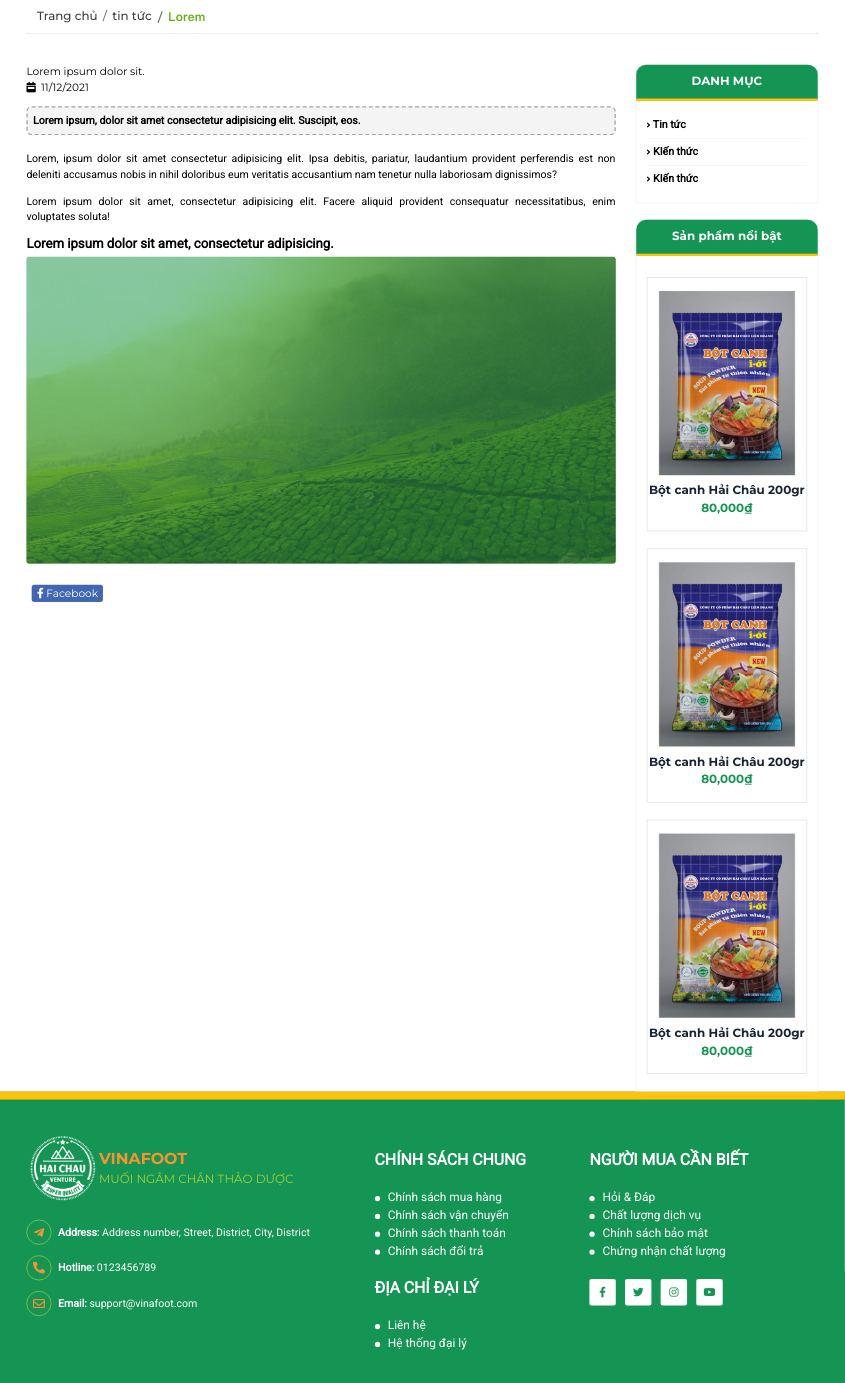
Repository: haianh12082001/VINAFOOT
Page: news-detail.html
The author's editor kept a copy of each file at every save. The page is drawn from the files as they stood at one save, then again after the next save.
The browser window is 1280 px wide. The pictures show the whole page, at 66% of full size.
Some web libraries are served in a nearby version.

Above is the page before, as saved 2021-12-12 20:18:42.

### news-detail.html
<!DOCTYPE html>
<html lang="en">
    <head>
        <meta charset="UTF-8" />
        <meta http-equiv="X-UA-Compatible" content="IE=edge" />
        <meta name="viewport" content="width=device-width, initial-scale=1.0" />
        <link href="https://fonts.googleapis.com/css2?family=Montserrat:wght@300;400;500;700;900&display=swap" rel="stylesheet" />
        <link href="https://fonts.googleapis.com/css?family=Roboto" rel="stylesheet" />
        <link href="https://fonts.googleapis.com/css2?family=Be+Vietnam+Pro:wght@500&display=swap" rel="stylesheet" />
        <link rel="stylesheet" href="./assets/fonts/fontawesome-free-5.15.3/css/all.min.css" />
        <link
            rel="stylesheet"
            href="https://cdn.jsdelivr.net/npm/bootstrap@4.6.0/dist/css/bootstrap.min.css"
            integrity="sha384-B0vP5xmATw1+K9KRQjQERJvTumQW0nPEzvF6L/Z6nronJ3oUOFUFpCjEUQouq2+l"
            crossorigin="anonymous"
        />
        <link rel="stylesheet" type="text/css" href="https://cdn.jsdelivr.net/npm/slick-carousel@1.8.1/slick/slick.css" />
        <link rel="stylesheet" href="./assets/css/app.css" />
        <title>Document</title>
    </head>
    <body>
        <div class="box-breadcrumb">
            <div class="container">
                <ul class="breadcrumb">
                    <li class="breadcrumb-item"><a href="">Trang chủ</a></li>
                    <li class="breadcrumb-item"><a href="">tin tức</a></li>
                    <li class="breadcrumb-item active">Lorem</li>
                </ul>
            </div>
        </div>
        <section class="news-detail">
            <div class="container">
                <div class="row">
                    <div class="col-lg-9">
                        <div class="title">Lorem ipsum dolor sit.</div>
                        <div class="date mb-3">
                            <i class="fas fa-calendar-week mr-1"></i>
                            11/12/2021
                        </div>
                        <div class="sapo-detail mb-2">Lorem ipsum, dolor sit amet consectetur adipisicing elit. Suscipit, eos.</div>
                        <div class="content-detail py-3">
                            <p>
                                Lorem, ipsum dolor sit amet consectetur adipisicing elit. Ipsa debitis, pariatur, laudantium provident perferendis est non
                                deleniti accusamus nobis in nihil doloribus eum veritatis accusantium nam tenetur nulla laboriosam dignissimos?
                            </p>
                            <p>
                                Lorem ipsum dolor sit amet, consectetur adipisicing elit. Facere aliquid provident consequatur necessitatibus, enim voluptates
                                soluta!
                            </p>
                            <h2>
                                <strong>Lorem ipsum dolor sit amet, consectetur adipisicing.</strong>
                            </h2>
                            <p>
                                <img src="./assets/img/intro/Group 349.jpg" alt="" />
                            </p>
                        </div>
                        <ul class="share-social">
                            <li>
                                <button class="btn btn-fb">
                                    <i class="fab fa-facebook-f"></i>
                                    Facebook
                                </button>
                            </li>
                        </ul>
                    </div>
                    <div class="col-lg-3 mt-lg-0 mt-3">
                        <div class="box-side">
                            <div class="title">DANH MỤC</div>
                            <div class="body">
                                <ul class="menu-right">
                                    <li>
                                        <a href="">
                                            <i class="fas fa-angle-right"></i>
                                            Tin tức
                                        </a>
                                        <!-- <ul>
                                            <li>
                                                <a href="">
                                                    <i class="fas fa-arrow-right"></i>
                                                    Tin tức
                                                </a>
                                            </li>
                                        </ul> -->
                                    </li>
                                    <li>
                                        <a href="">
                                            <i class="fas fa-angle-right"></i>
                                            KIến thức
                                        </a>
                                    </li>
                                    <li>
                                        <a href="">
                                            <i class="fas fa-angle-right"></i>
                                            KIến thức
                                        </a>
                                    </li>
                                </ul>
                            </div>
                        </div>
                        <div class="box-side mt-lg-4 mt-3">
                            <div class="title">Sản phẩm nổi bật</div>
                            <div class="body">
                                <div class="row">
                                    <div class="mt-3 col-lg-12 col-6">
                                        <div class="product-item">
                                            <a href=""><img src="./assets/img/product/Rectangle 196.png" alt="" /></a>
                                            <div class="product-body">
                                                <a href=""> <div class="product-name">Bột canh Hải Châu 200gr</div></a>
                                                <div class="product-price">80,000₫</div>
                                            </div>
                                        </div>
                                    </div>
                                    <div class="mt-3 col-lg-12 col-6">
                                        <div class="product-item">
                                            <a href=""><img src="./assets/img/product/Rectangle 196.png" alt="" /></a>
                                            <div class="product-body">
                                                <a href=""> <div class="product-name">Bột canh Hải Châu 200gr</div></a>
                                                <div class="product-price">80,000₫</div>
                                            </div>
                                        </div>
                                    </div>
                                    <div class="mt-3 col-lg-12 col-6">
                                        <div class="product-item">
                                            <a href=""><img src="./assets/img/product/Rectangle 196.png" alt="" /></a>
                                            <div class="product-body">
                                                <a href=""> <div class="product-name">Bột canh Hải Châu 200gr</div></a>
                                                <div class="product-price">80,000₫</div>
                                            </div>
                                        </div>
                                    </div>
                                </div>
                            </div>
                        </div>
                    </div>
                </div>
            </div>
        </section>
        <div class="footer">
            <div class="line"></div>
            <div class="container">
                <div class="row py-5">
                    <div class="col-lg-5 col-12">
                        <div class="logo d-flex mb-lg-4">
                            <img src="./assets/img/logo-footer.png" alt="" />
                            <div class="d-flex flex-column justify-content-center">
                                <div class="company">vinafoot</div>
                                <div class="name">muối ngâm chân thảo dược</div>
                            </div>
                        </div>
                        <div class="d-flex flex-column">
                            <div class="item d-flex align-items-center mb-3">
                                <div class="icon"><i class="fab fa-telegram-plane"></i></div>
                                <span><b>Address:</b> Address number, Street, District, City, District</span>
                            </div>
                            <div class="item d-flex align-items-center mb-3">
                                <div class="icon"><i class="fas fa-phone-alt"></i></div>
                                <span><b>Hotline:</b> 0123456789</span>
                            </div>
                            <div class="item d-flex align-items-center mb-3">
                                <div class="icon"><i class="far fa-envelope"></i></div>
                                <span><b>Email:</b> support@vinafoot.com</span>
                            </div>
                        </div>
                    </div>
                    <div class="col-lg-4 px-lg-5 col-sm-6 order-sm-2">
                        <div class="title">Người mua cần biết</div>
                        <ul class="list">
                            <li>Hỏi & Đáp</li>
                            <li>Chất lượng dịch vụ</li>
                            <li>Chính sách bảo mật</li>
                            <li>Chứng nhận chất lượng</li>
                        </ul>
                        <div class="social d-flex">
                            <a href="">
                                <div class="social-icon">
                                    <i class="fab fa-facebook-f"></i>
                                </div>
                            </a>
                            <a href="">
                                <div class="social-icon">
                                    <i class="fab fa-twitter"></i>
                                </div>
                            </a>
                            <a href="">
                                <div class="social-icon">
                                    <i class="fab fa-instagram"></i>
                                </div>
                            </a>
                            <a href="">
                                <div class="social-icon">
                                    <i class="fab fa-youtube"></i>
                                </div>
                            </a>
                        </div>
                    </div>
                    <div class="col-lg-3 col-sm-6 order-sm-1">
                        <div class="col-12">
                            <div class="title">Chính sách chung</div>
                            <ul class="list">
                                <li>Chính sách mua hàng</li>
                                <li>Chính sách vận chuyển</li>
                                <li>Chính sách thanh toán</li>
                                <li>Chính sách đổi trả</li>
                            </ul>
                        </div>
                        <div class="col-12">
                            <div class="title">ĐỊa chỉ đại lý</div>
                            <ul class="list">
                                <li>Liên hệ</li>
                                <li>Hệ thống đại lý</li>
                            </ul>
                        </div>
                    </div>
                </div>
            </div>
        </div>
        <script type="text/javascript" src="https://code.jquery.com/jquery-1.11.0.min.js"></script>
        <script type="text/javascript" src="https://code.jquery.com/jquery-migrate-1.2.1.min.js"></script>
        <script
            src="https://cdnjs.cloudflare.com/ajax/libs/bootstrap/4.6.0/js/bootstrap.min.js"
            integrity="sha512-XKa9Hemdy1Ui3KSGgJdgMyYlUg1gM+QhL6cnlyTe2qzMCYm4nAZ1PsVerQzTTXzonUR+dmswHqgJPuwCq1MaAg=="
            crossorigin="anonymous"
            referrerpolicy="no-referrer"
        ></script>
        <script type="text/javascript" src="https://cdn.jsdelivr.net/npm/slick-carousel@1.8.1/slick/slick.min.js"></script>
        <script src="./assets/js/main.js"></script>
    </body>
</html>

Loaded but not shown: assets/fonts/fontawesome-free-5.15.3/css/all.min.css (library); assets/js/main.js (103 lines, source omitted); assets/css/app.css (2055 lines, source omitted)

After the next save:
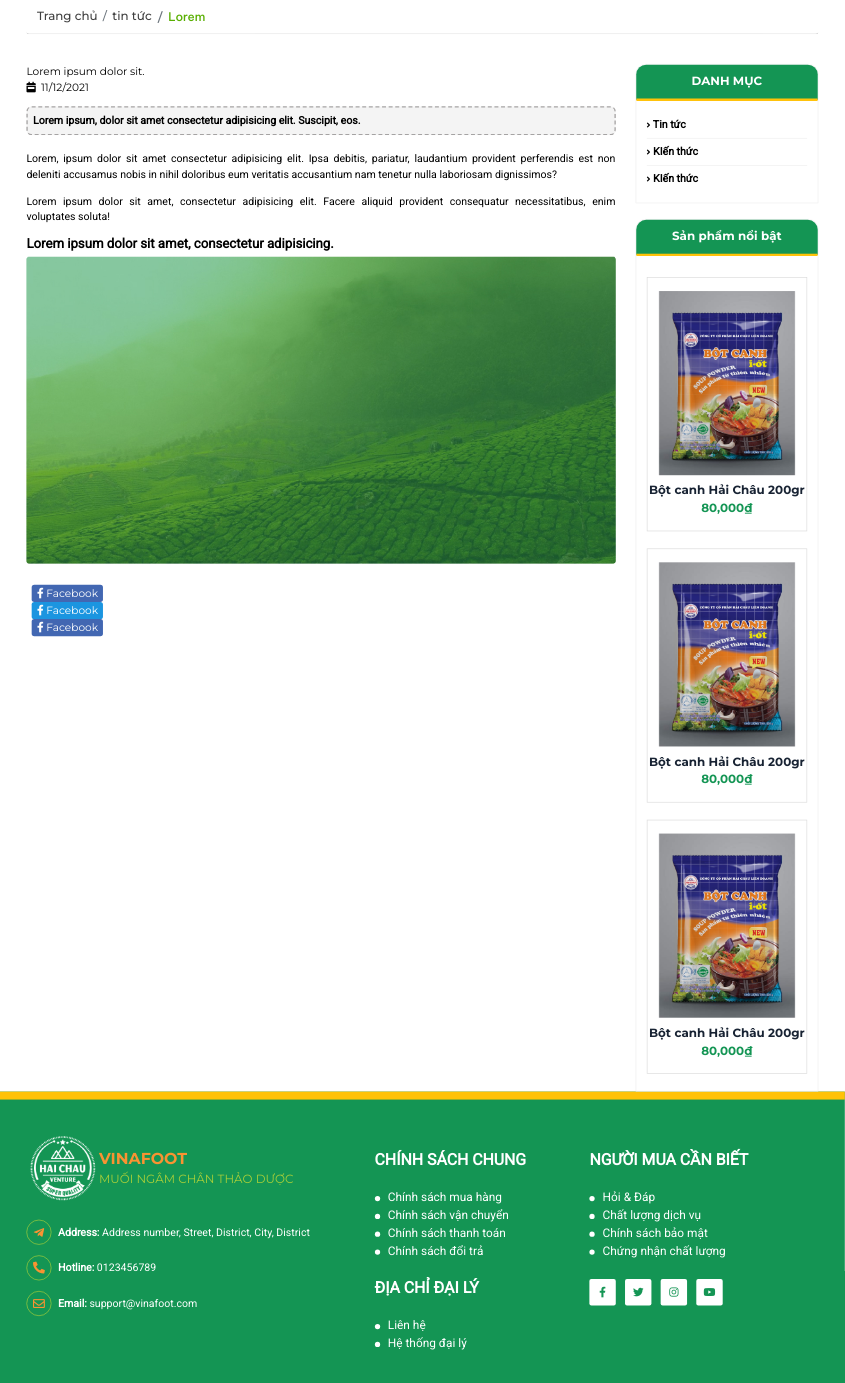
Saved 65 s later.
--- a/news-detail.html
+++ b/news-detail.html
@@ -61,6 +61,18 @@
                                     Facebook
                                 </button>
                             </li>
+                            <li>
+                                <button class="btn btn-twitter">
+                                    <i class="fab fa-facebook-f"></i>
+                                    Facebook
+                                </button>
+                            </li>
+                            <li>
+                                <button class="btn btn-fb">
+                                    <i class="fab fa-facebook-f"></i>
+                                    Facebook
+                                </button>
+                            </li>
                         </ul>
                     </div>
                     <div class="col-lg-3 mt-lg-0 mt-3">
